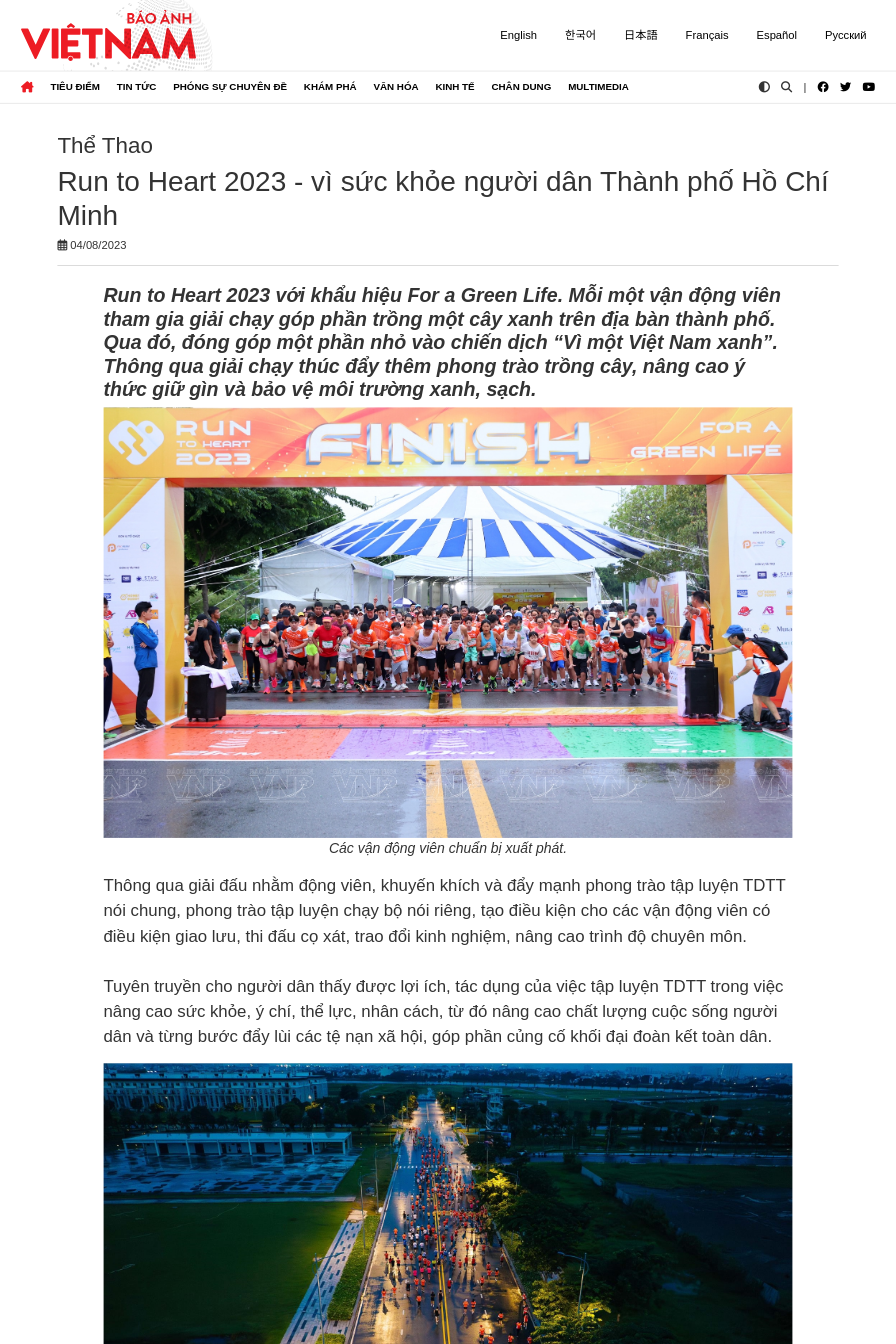
Repository: kietdotshp/webtintuc
Page: Detail.html
An editor plug-in stored every save of this project. The page is shown before and after the next save, followed by the edit.
The browser window is 1280 px wide. The pictures show the part of the page from y = 0 to 1920 px (the page is 10231 px tall), at 70% of full size.
A picture or video elsewhere on the page could not be fetched, so the positions and the page height are approximate. Some web libraries are served in a nearby version.

Above is the page before, as saved 2023-08-16 13:56:09.

After the next save:
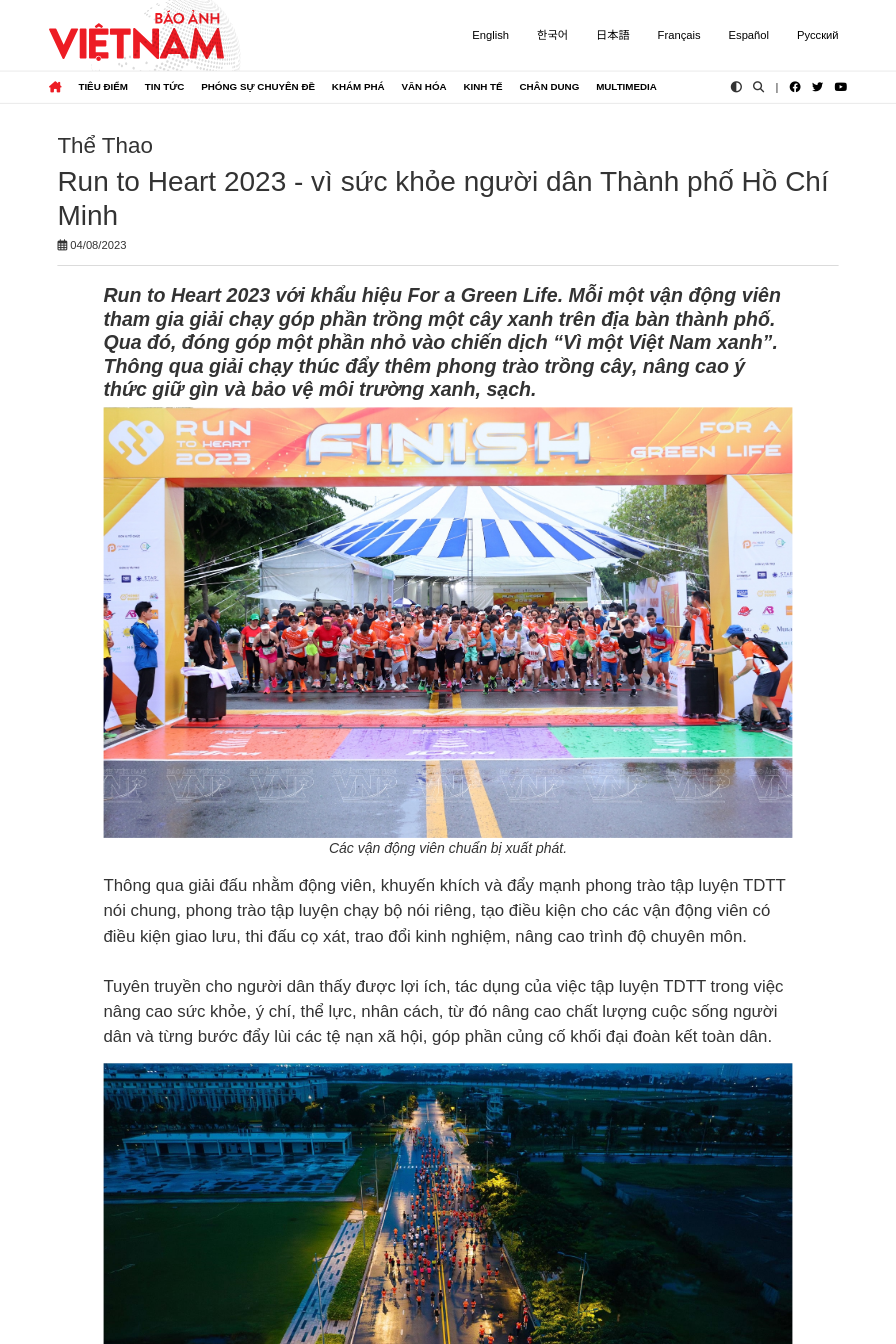
Saved 108 s later.
--- a/assets/css/detail.css
+++ b/assets/css/detail.css
@@ -52,7 +52,7 @@
 }
 
 .container-custom {
-  max-width: 1400px;
+  max-width: 1200px;
   padding-inline: 15px;
   margin: 0 auto;
 
@@ -171,6 +171,17 @@
   width: 100%;
 }
 
+.menu-mobile-item {
+  display: block;
+  font-weight: 600;
+  white-space: nowrap;
+  padding-top: 2px;
+}
+
+.menu-mobile-item:not(:first-child) {
+  border-top: 1px solid var(--main-border-color);
+}
+
 /* Carousel */
 .carousel-item {
   position: absolute !important;
@@ -317,6 +328,10 @@
   margin-bottom: 20px;
 }
 
+.mb-30px {
+  margin-bottom: 30px;
+}
+
 .mt-20px {
   margin-top: 20px;
 }
@@ -341,6 +356,10 @@
   padding-top: 20px;
 }
 
+.pt-p-20 {
+  padding-top: 20%;
+}
+
 .pt-p-120 {
   padding-top: 120%;
 }
@@ -355,6 +374,28 @@
 
 .h-3px {
   height: 3px;
+}
+
+.h-63px {
+  height: 63px;
+}
+
+.max-h-30px {
+  max-height: 30px;
+}
+
+.gap-32px {
+  gap: 32px;
+}
+
+.z-9999 {
+  z-index: 9999;
+}
+
+@media (min-width: 576px) {
+  .w-sm-40 {
+    width: 40%;
+  }
 }
 
 @media (min-width: 1200px) {
@@ -367,9 +408,12 @@
   }
 }
 
-  .h2{
-    color: var(--main-red-color);
-  }
+/* custom offcanvas bootstrap */
+.offcanvas-lg {
+  width: 300px !important;
+
+}
+
   .smaller {
     width: 90%;
     margin: 0 auto;
